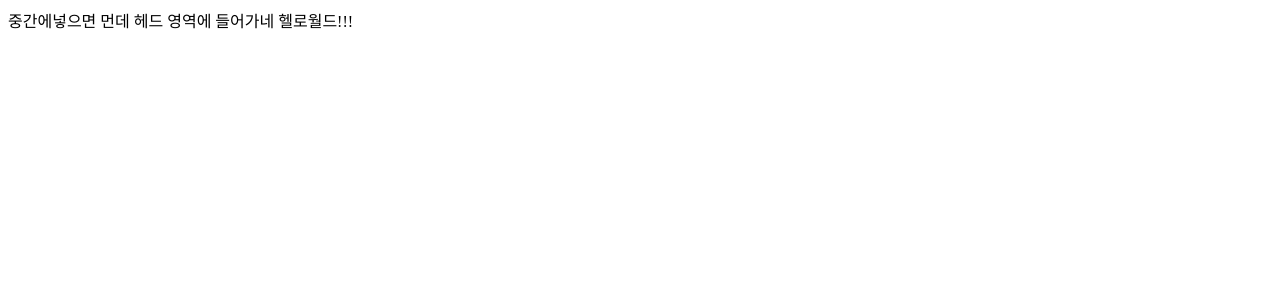
Repository: Devhyeongseon/Academy_Jsp
Page: JSPBasic/src/main/webapp/HTML/hello_P.html
These files come from the project's save history. The page is drawn as it stood at one moment and after the next save; the edit follows.
The browser window is 1280 px wide. The pictures show the whole page.

Above is the page before, as saved 2024-01-09 08:25:55.

After the next save:
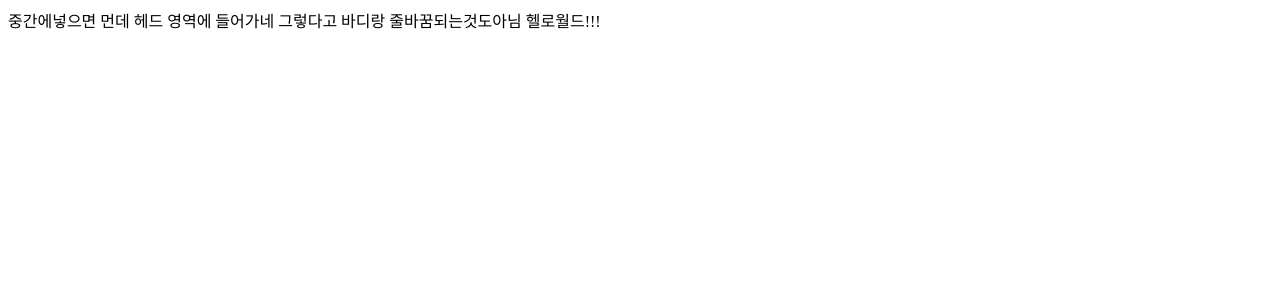
Saved 9 s later.
--- a/JSPBasic/src/main/webapp/HTML/hello_P.html
+++ b/JSPBasic/src/main/webapp/HTML/hello_P.html
@@ -12,6 +12,9 @@
 
 </head>
 <body>
+
+	그렇다고 바디랑 줄바꿈되는것도아님
+
 	헬로월드!!!
 </body>
 </html>
